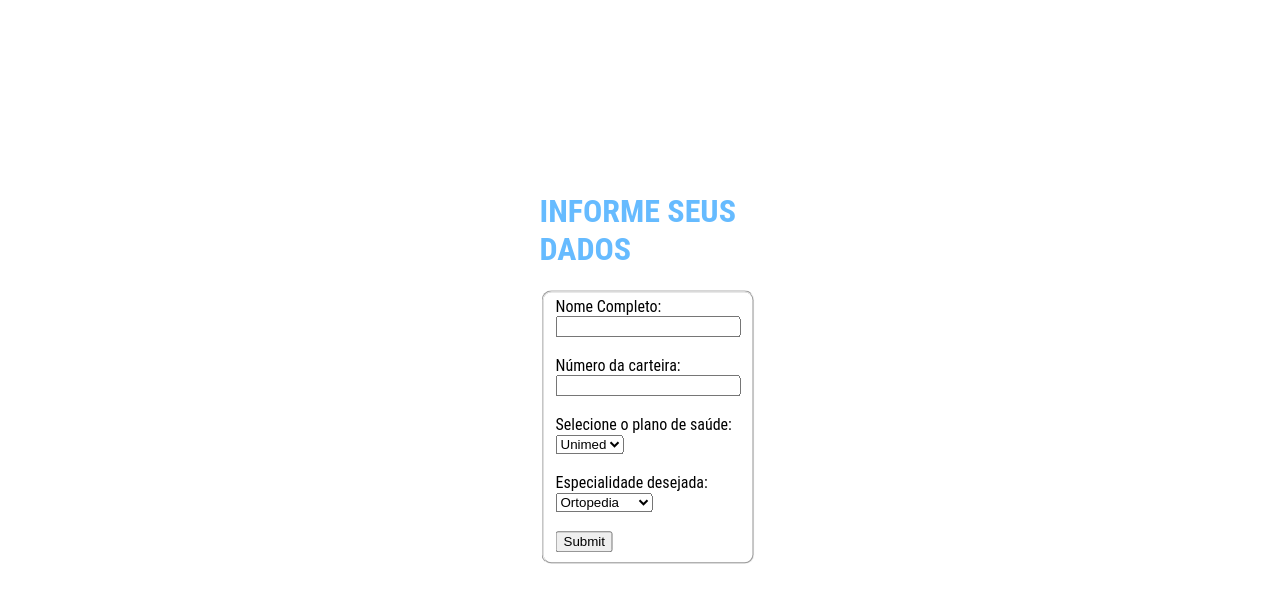
Repository: ohenriquesouza/HospitalCRUD-using-JavaEE
Page: JSP_test/src/main/webapp/novaConsulta.html
An editor plug-in stored every save of this project. The page is shown before and after the next save, followed by the edit.
The browser window is 1280 px wide. The pictures show the whole page.
Some web fonts or font styles are not loaded; a fallback is used.

Above is the page before, as saved 2022-12-27 16:32:36.

After the next save:
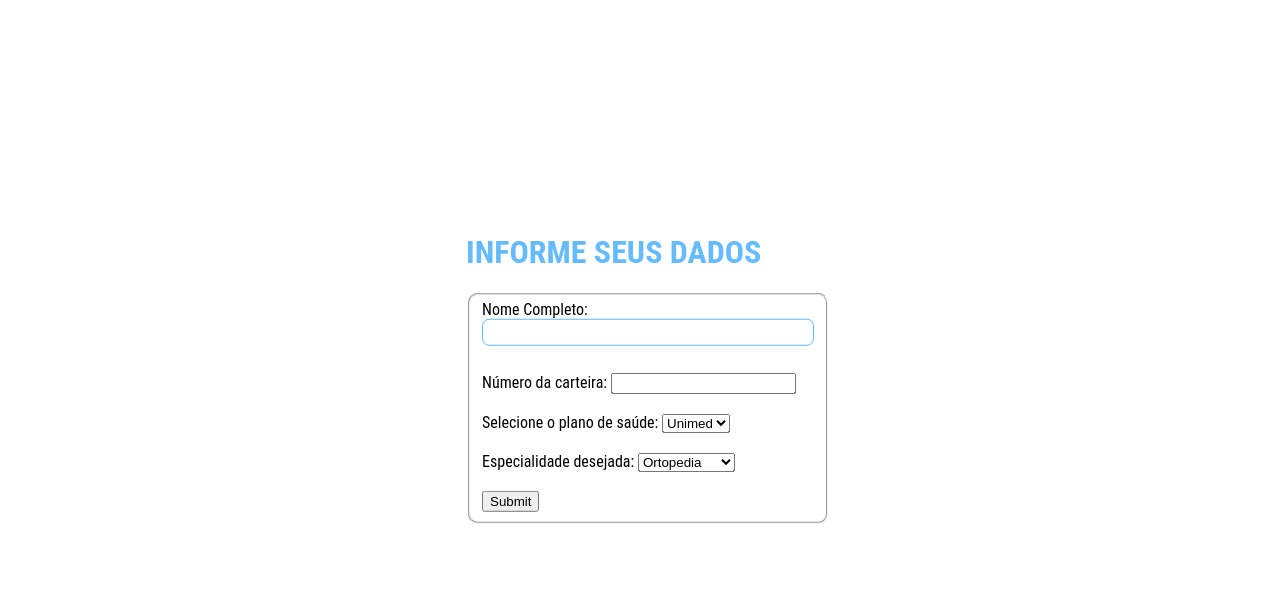
Saved 70 s later.
--- a/JSP_test/src/main/webapp/novaConsulta.html
+++ b/JSP_test/src/main/webapp/novaConsulta.html
@@ -9,6 +9,13 @@
         <style>
             fieldset{
                 border-radius: 10px;
+            }
+            .input_name{
+            	width: 320px;
+            	padding: 5px;
+            	margin-bottom: 8px;
+            	border: 1px solid #66bbff;
+            	border-radius: 7px;
             }
 
         </style>
